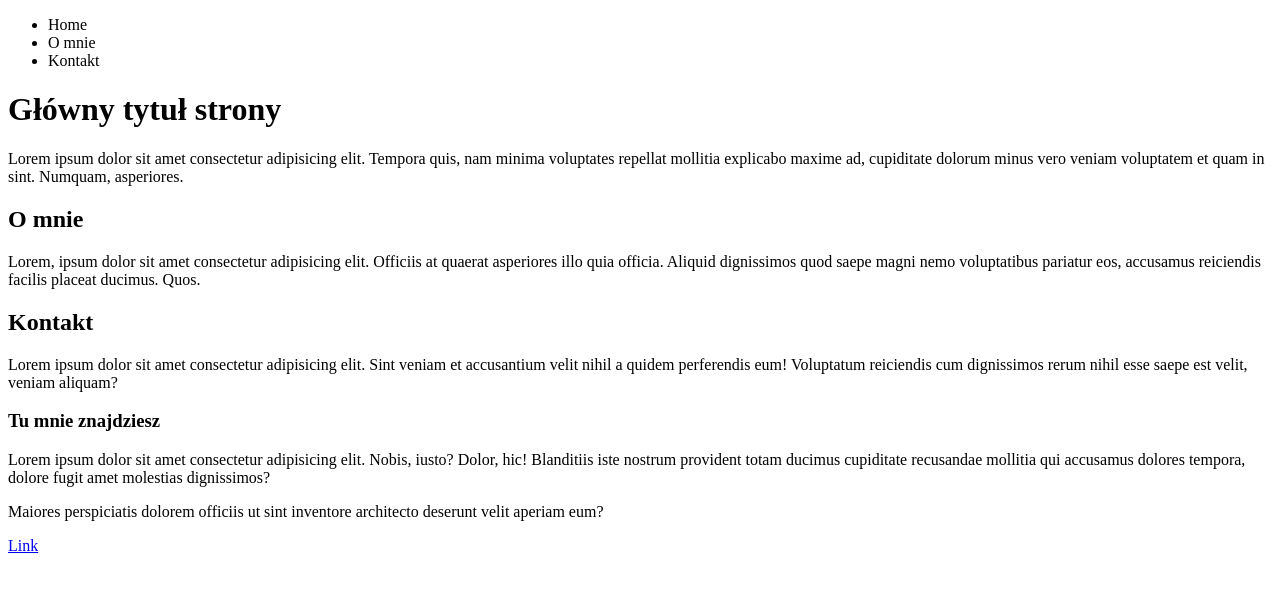
Repository: magdaf41/magdaf41.github.io
Page: zadania-domowe/HTML/zadanie_2/index.html
An editor plug-in stored every save of this project. The page is shown before and after the next save, followed by the edit.
The browser window is 1280 px wide. The pictures show the whole page.

Above is the page before, as saved 2020-08-13 11:21:34.

### zadania-domowe/HTML/zadanie_2/index.html
<!DOCTYPE html>
<html lang="en">

<head>
    <meta charset="UTF-8">
    <meta name="viewport" content="width=device-width, initial-scale=1.0">
    <title>Document</title>
</head>

<body>


    <nav id="menu">
        <ul>
            <li class="menu-item">Home</li>
            <li class="menu-item">O mnie</li>
            <li class="menu-item">Kontakt</li>
        </ul>
    </nav>


    <header id="header">
        <h1 id="main-header">Główny tytuł strony</h1>
        <p class="header-content">Lorem ipsum dolor sit amet consectetur adipisicing elit. Tempora quis, nam minima
            voluptates repellat
            mollitia explicabo maxime ad, cupiditate dolorum minus vero veniam voluptatem et quam in sint. Numquam,
            asperiores.</p>
    </header>

    <section id="about">
        <h2 id="about-header">O mnie</h2>
        <p class="about-content">Lorem, ipsum dolor sit amet consectetur adipisicing elit. Officiis at quaerat
            asperiores illo quia officia.
            Aliquid dignissimos quod saepe magni nemo voluptatibus pariatur eos, accusamus reiciendis facilis placeat
            ducimus. Quos.</p>
    </section>

    <section id="contact">
        <h2 id="contact-header">Kontakt</h2>
        <p class="contant-contact">Lorem ipsum dolor sit amet consectetur adipisicing elit. Sint veniam et accusantium
            velit nihil a quidem perferendis eum! Voluptatum reiciendis cum dignissimos rerum nihil esse saepe est
            velit, veniam aliquam?</p>
        <h3 id="place-header">Tu mnie znajdziesz</h3>
        <p class="place-content">Lorem ipsum dolor sit amet consectetur adipisicing elit. Nobis, iusto? Dolor, hic!
            Blanditiis iste nostrum provident totam ducimus cupiditate recusandae mollitia qui accusamus dolores
            tempora, dolore fugit amet molestias dignissimos?
        <p class="place-content">Maiores perspiciatis dolorem officiis ut sint inventore
            architecto deserunt velit aperiam eum?</p> <a href="Link">Link</a></p>
    </section>

    <footer></footer>
</body>

</html>

After the next save:
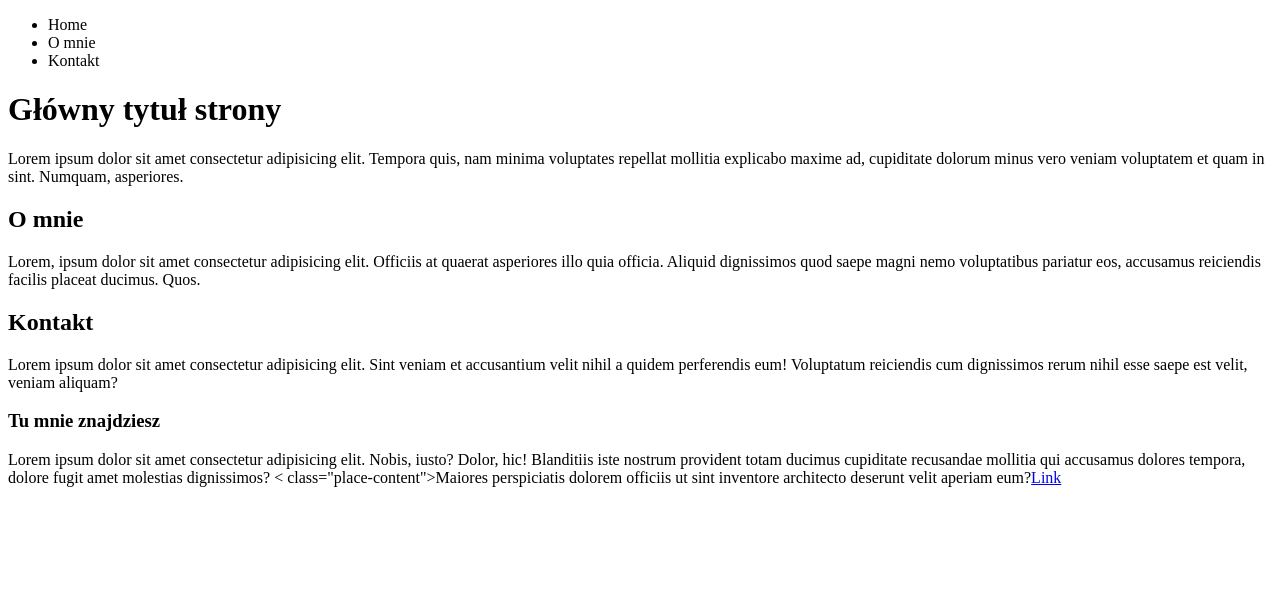
Saved 12 s later.
--- a/zadania-domowe/HTML/zadanie_2/index.html
+++ b/zadania-domowe/HTML/zadanie_2/index.html
@@ -44,8 +44,8 @@
         <p class="place-content">Lorem ipsum dolor sit amet consectetur adipisicing elit. Nobis, iusto? Dolor, hic!
             Blanditiis iste nostrum provident totam ducimus cupiditate recusandae mollitia qui accusamus dolores
             tempora, dolore fugit amet molestias dignissimos?
-        <p class="place-content">Maiores perspiciatis dolorem officiis ut sint inventore
-            architecto deserunt velit aperiam eum?</p> <a href="Link">Link</a></p>
+        < class="place-content">Maiores perspiciatis dolorem officiis ut sint inventore
+            architecto deserunt velit aperiam eum?<a href="Link">Link</a></p>
     </section>
 
     <footer></footer>
